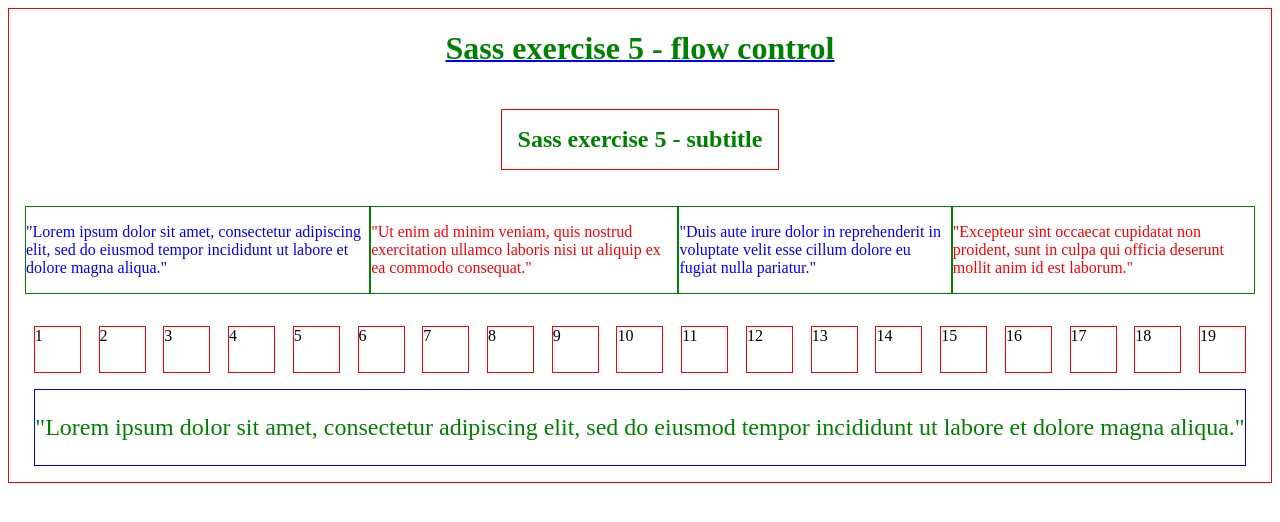
Repository: tr2cky/sass5
Page: index.html
These files come from the project's save history. The page is drawn as it stood at one moment and after the next save; the edit follows.
The browser window is 1280 px wide. The pictures show the whole page.
The style sheet was rebuilt from its Sass, Less or Tailwind sources for each picture, by a compiler version that may differ from the author's.

Above is the page before, as saved 2022-10-16 12:32:59.

After the next save:
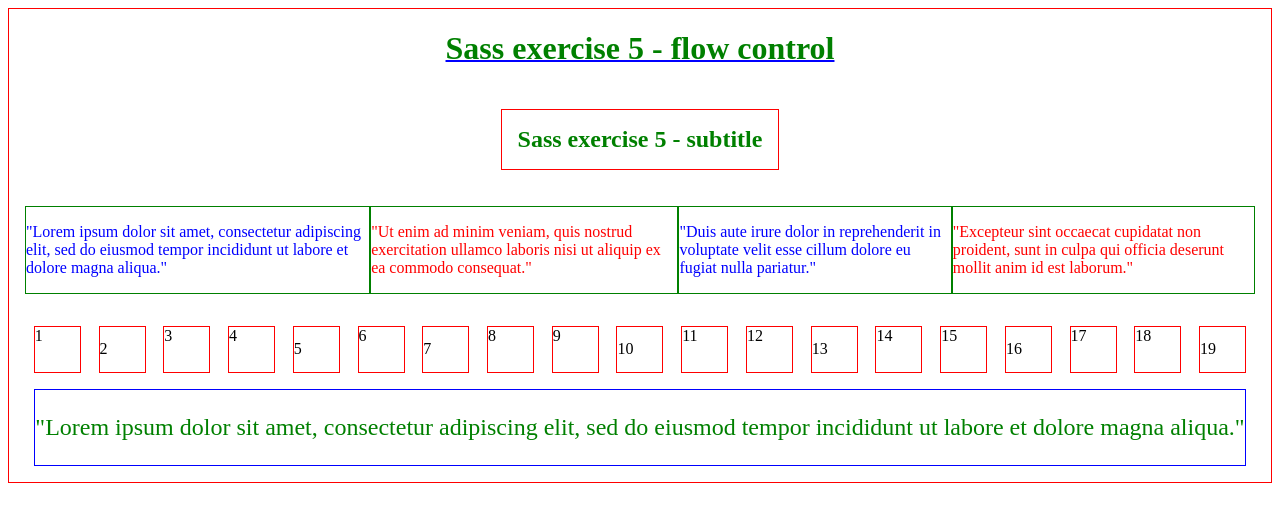
Saved 25 s later.
--- a/style.scss
+++ b/style.scss
@@ -15,7 +15,7 @@
         width: toRem(45);
         height: toRem(45);
     }
-    & fs-2rem {
+    & .fs-2rem {
         align-content: center;
     }
 }

After the save that followed:
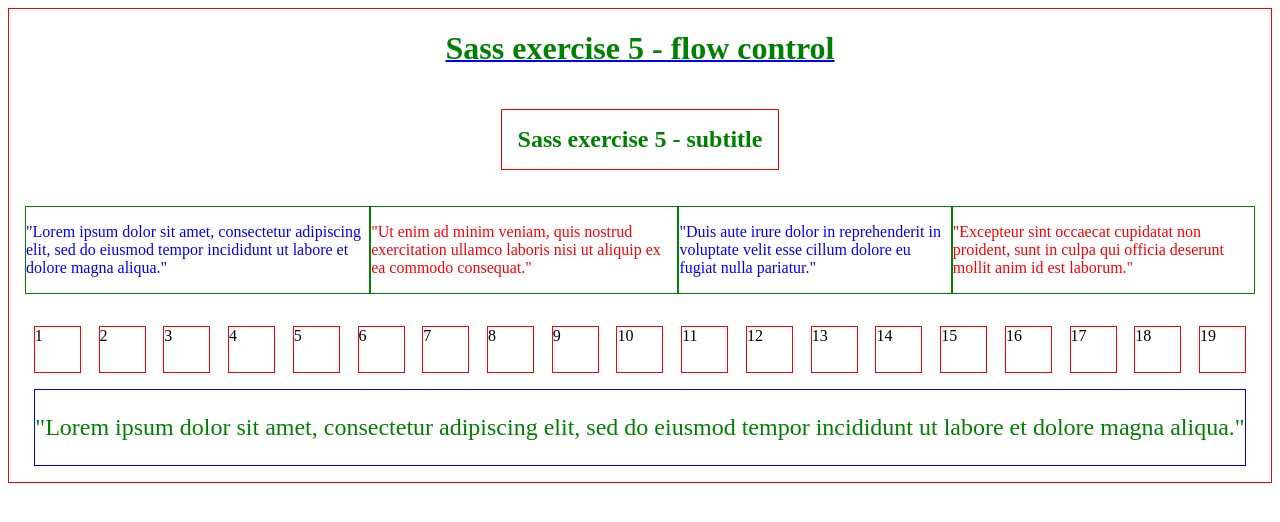
Saved 8 s later.
--- a/style.scss
+++ b/style.scss
@@ -16,6 +16,6 @@
         height: toRem(45);
     }
     & .fs-2rem {
-        align-content: center;
+        align-self: center;
     }
 }
